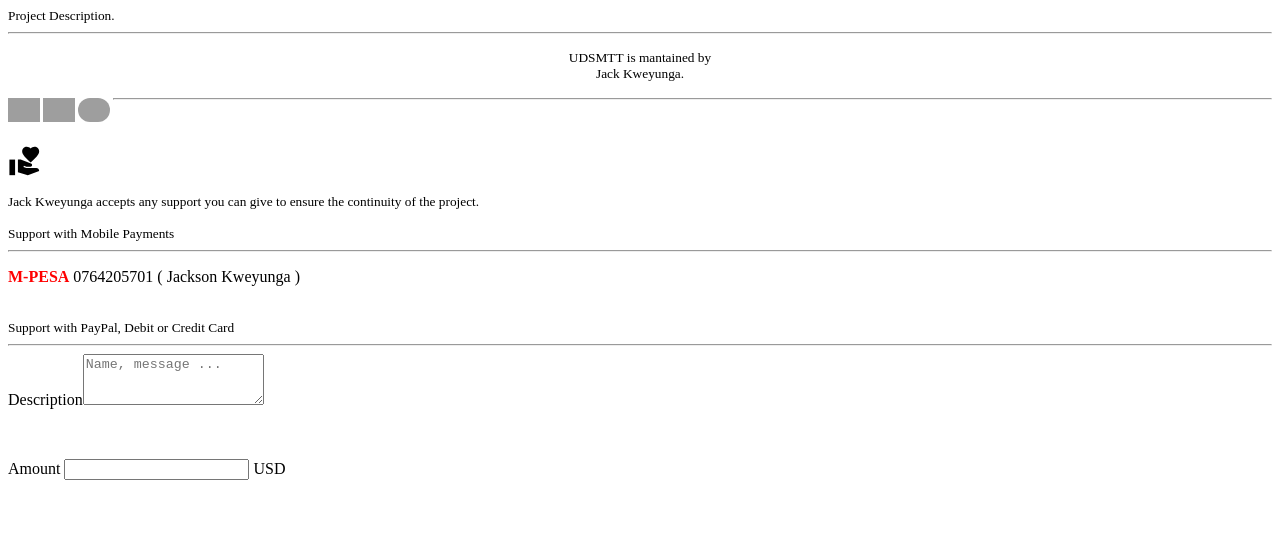
Repository: jackkweyunga/jek-mobile-timetable-v2
Page: src/modules/html/tmb-leftSN.html
An editor plug-in stored every save of this project. The page is shown before and after the next save, followed by the edit.
The browser window is 1280 px wide. The pictures show the whole page.
Pictures or frames that could not be fetched are drawn as grey boxes.

Above is the page before, as saved 2021-11-23 04:49:11.

After the next save:
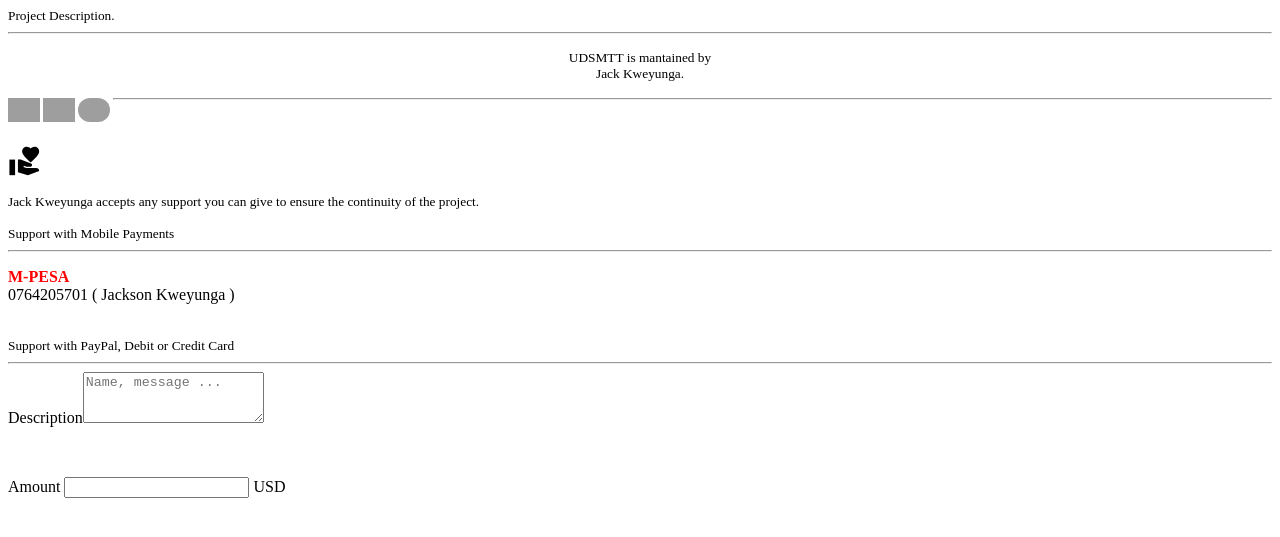
Saved 35 s later.
--- a/src/modules/html/tmb-leftSN.html
+++ b/src/modules/html/tmb-leftSN.html
@@ -54,7 +54,7 @@
 
 <small class="myFont">Support with Mobile Payments</small>
 <hr>
-<p><span style="color:red;font-weight:600;">M-PESA</span> <span class="myFont">0764205701 ( Jackson Kweyunga )</span></p>
+<p><span style="color:red;font-weight:600;">M-PESA</span><br><span class="myFont">0764205701 ( Jackson Kweyunga )</span></p>
 
 <br>
 
